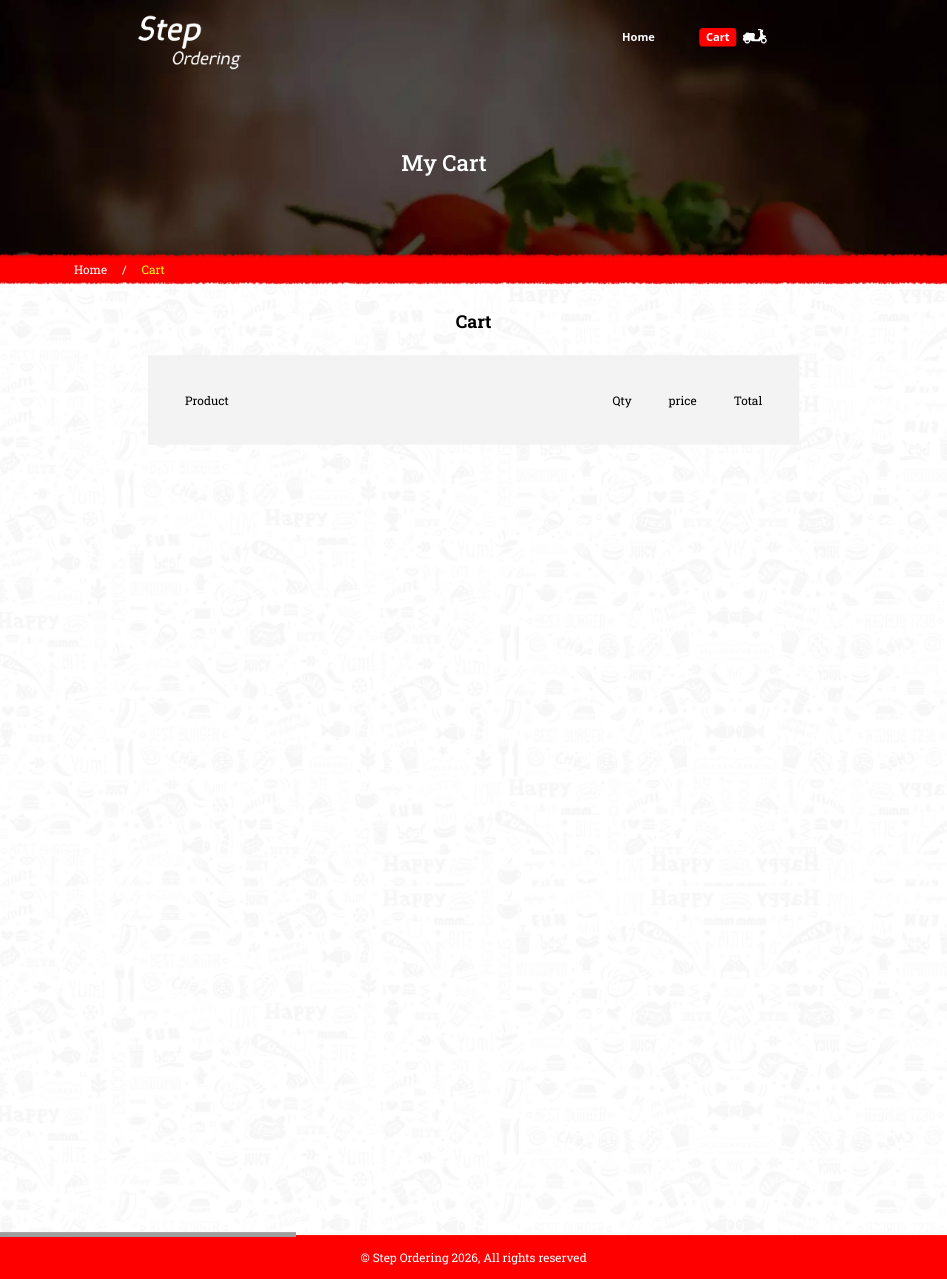
Repository: anastasia29-step/OnlineRestaurant
Page: cart/cart.html
These files come from the project's save history. The page is drawn as it stood at one moment and after the next save; the edit follows.
The browser window is 1280 px wide. The pictures show the whole page, at 74% of full size.
Pictures or frames that could not be fetched are drawn as grey boxes. The page's requests for data from a server got no answer. Some web libraries are served in a nearby version.

Above is the page before, as saved 2026-03-12 18:22:10.

After the next save:
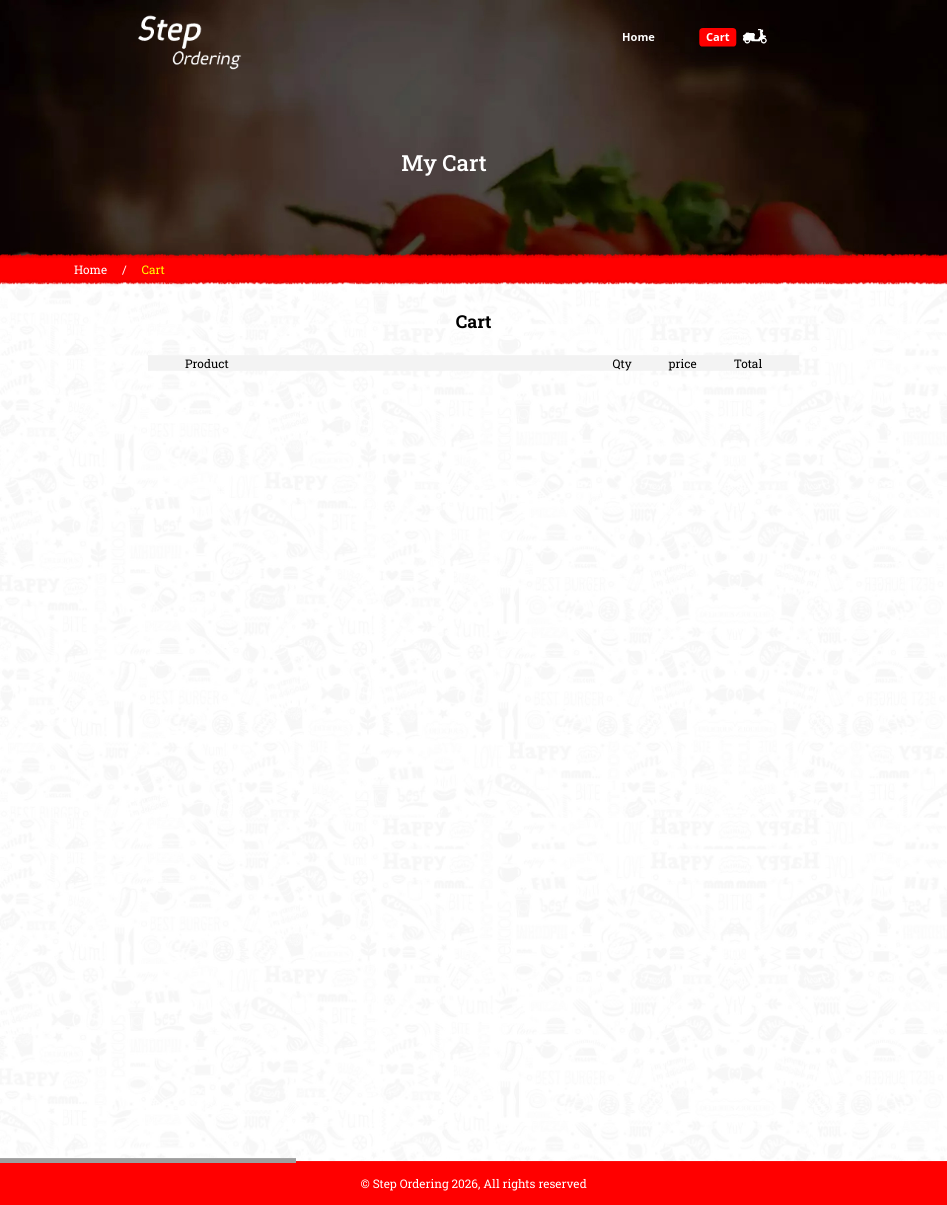
Saved 15 s later.
--- a/cart/cart.css
+++ b/cart/cart.css
@@ -64,7 +64,8 @@
     display: flex;
     background-color: #F3F3F3;
     justify-content: space-between;
-    padding: 50px;
+    padding-left: 50px;
+    padding-right: 50px;
     align-items: center;
 }
 
